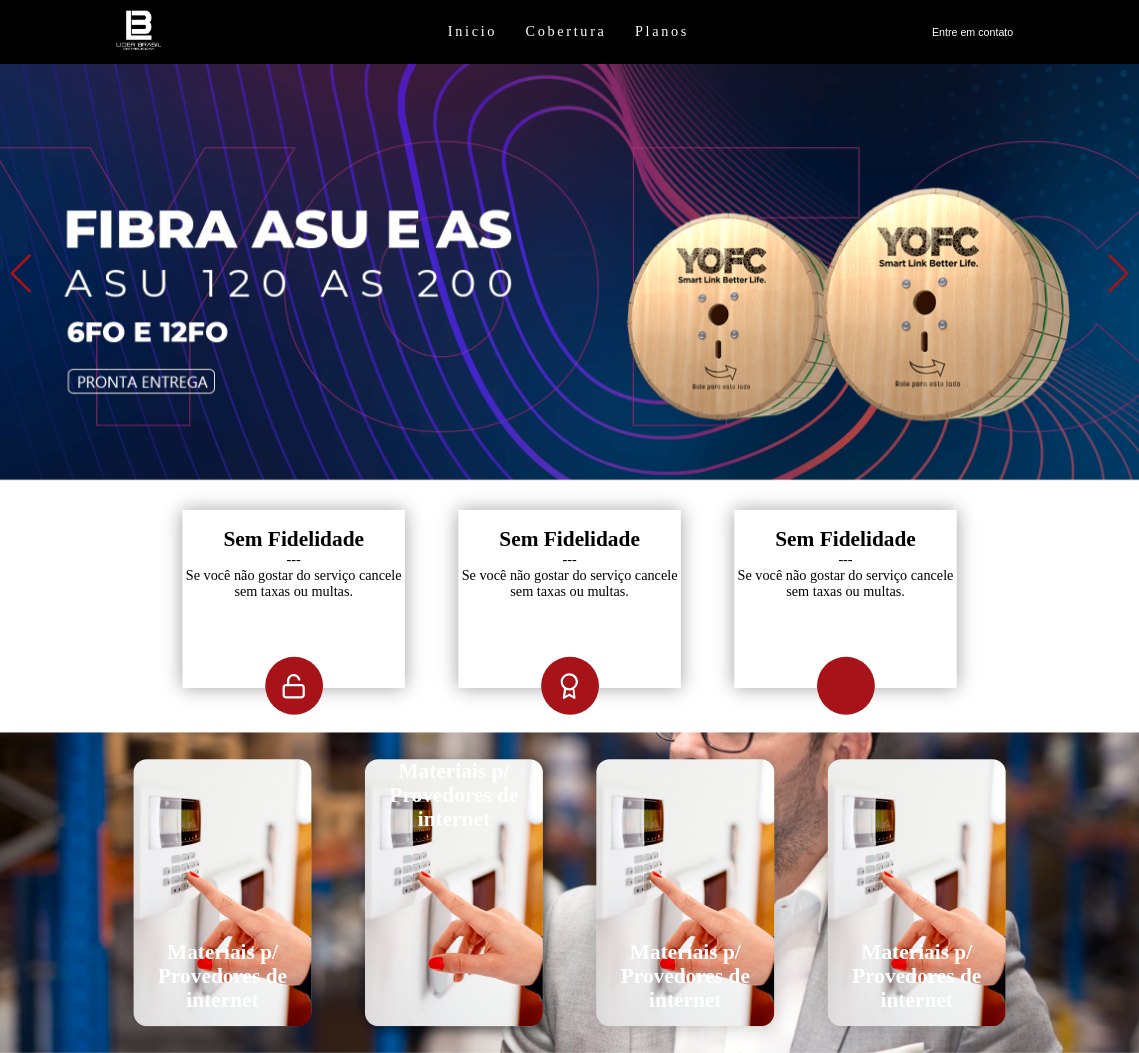
Repository: mateus-henrique-silva/Novo_institucional_lider
Page: index.html
These files come from the project's save history. The page is drawn as it stood at one moment and after the next save; the edit follows.
The browser window is 1280 px wide. The pictures show the whole page, at 89% of full size.
Backgrounds fixed to the window are drawn as part of the page. Some web fonts or font styles are not loaded; a fallback is used.

Above is the page before, as saved 2022-09-06 10:21:52.
Console error: SyntaxError: Identifier 'MobileNavbar' has already been declared

### index.html
<!DOCTYPE html>
<html lang="en">
  <head>
    <meta charset="UTF-8" />
    <meta http-equiv="X-UA-Compatible" content="IE=edge" />
    <meta name="viewport" content="width=device-width, initial-scale=1.0" />
    <meta
      name="viewport"
      content="width=device-width, user-scalable=yes, initial-scale=1.0, maximum-scale=10, minimum-scale=1.0"
    />
    <link rel="stylesheet" href="./src/CSS/Global.css" />
    <link rel="stylesheet" href="./src/CSS/Header/style.css" />
    <link rel="stylesheet" href="./src/CSS/Main/style.css" />
    <link rel="stylesheet" href="./src/CSS/Main/Carousel/styles.css" />
    <link rel="stylesheet" href="./src/CSS/Main/Box/style.css" />
    <link rel="stylesheet" href="./src/CSS/Main/Products/style.css" />
    <link
      rel="stylesheet"
      href="https://unpkg.com/swiper@8/swiper-bundle.min.css"
    />

    <title>Líder Brasil</title>
  </head>
  <body>
    <header>
      <nav>
        <a class="logo"
          ><img src="./src/Assets/Logo/lb.png" width="50" alt=""
        /></a>
        <div class="mobile-menu">
          <div class="line1"></div>
          <div class="line2"></div>
          <div class="line3"></div>
        </div>
        <ul class="nav-list">
          <li><a href="#network index.html">Inicio</a></li>
          <li><a href="#map-container">Cobertura</a></li>
          <li><a href="#container">Planos</a></li>
        </ul>
        <ul>
          <li style="list-style: none; font-size: 10px">
            <a
              href="#"
              style="
                font-size: 12px;
                padding: 10px;
                font-family: arial;
                color: white;
              "
              onclick="openForm()"
              class="contact-header"
              >Entre em contato</a
            >
          </li>
        </ul>
      </nav>
    </header>
    <main>
      <section>
        <div class="swiper">
          <div class="swiper-wrapper">
            <div class="swiper-slide">
              <div class="project-img">
                <img
                  src="./src/Assets/img/carrossel/desktop/drop-desktop.png"
                  alt="Foto 01"
                />
              </div>
              <div class="project-img" id="mobile-img">
                <img
                  src="./src/Assets/img/carrossel/mobile/drop-mobile.png"
                  alt="Foto 03"
                />
              </div>
            </div>
            <div class="swiper-slide">
              <div class="project-img">
                <img
                  src="./src/Assets/img/carrossel/desktop/escada-desktop.png"
                  alt="Foto 01"
                />
              </div>
              <div class="project-img" id="mobile-img">
                <img
                  src="./src/Assets/img/carrossel/mobile/escada-mobile.png"
                  alt="Foto 03"
                />
              </div>
            </div>
            <div class="swiper-slide">
              <div class="project-img">
                <img src="./src/Assets/img/teste6.png" alt="Foto 01" />
              </div>
              <div class="project-img" id="mobile-img">
                <img src="./src/Assets/img/foto_03.png" alt="Foto 03" />
              </div>
            </div>
          </div>
          <div class="swiper-button-next"></div>
          <div class="swiper-button-prev"></div>
          <div class="swiper-pagination"></div>
        </div>
      </section>
      <section>
        <div class="section-box">
          <!-- card 1 -->

          <ul>
            <li class="box">
              <div class="box-inter">
                <h1>Sem Fidelidade</h1>
                <p>---</p>

                <p>
                  Se você não gostar do serviço cancele sem taxas ou multas.
                </p>
              </div>

              <div class="obj">
                <img
                  src="./src/Assets/img/icons/unlock.svg"
                  alt="arrowup"
                  srcset=""
                />
              </div>
            </li>
            <!-- card 2 -->
            <li class="box">
              <div class="box-inter">
                <h1>Sem Fidelidade</h1>
                <p>---</p>

                <p>
                  Se você não gostar do serviço cancele sem taxas ou multas.
                </p>
              </div>

              <div class="obj">
                <img
                  src="./src/Assets/img/icons/award.svg"
                  alt="arrowup"
                  srcset=""
                />
              </div>
            </li>
            <!-- card 3 -->
            <li class="box">
              <div class="box-inter">
                <h1>Sem Fidelidade</h1>
                <p>---</p>

                <p>
                  Se você não gostar do serviço cancele sem taxas ou multas.
                </p>
              </div>

              <div class="obj">
                <img
                  src="./src/Assets/img/icons/chevrons-up.svg"
                  alt="arrowup"
                  srcset=""
                />
              </div>
            </li>
          </ul>
        </div>
      </section>

      <section>
        <div class="background">
          <img
            class="img"
            src="./src/Assets/img/icons/aBlack.svg"
            alt=""
            srcset=""
          />

          <ul>
            <li>
              <div class="products">
                <button>text</button>
                <div>
                  <h2>Materiais p/ Provedores de internet</h2>
                </div>

              </div>
            </li>

            <li>

              <div class="products">
                <div class="back-radient">
                <button>text</button>
                <div>
                  <h2>Materiais p/ Provedores de internet</h2>
                </div>

              </div>
            </div>
            </li>

            <li>
              <div class="products">
                <button>text</button>
                <div>
                  <h2>Materiais p/ Provedores de internet</h2>
                </div>

              </div>
            </li>
            <li>
              <div class="products">
                <button>text</button>
                <div>
                  <h2>Materiais p/ Provedores de internet</h2>
                </div>

              </div>
            </li>
          </ul>
        </div>
      </section>
    </main>
    <footer></footer>
    <script src="https://unpkg.com/swiper@8/swiper-bundle.min.js"></script>
    <script src="./src/Scripts/Carousel/scripts.js"></script>
    <script src="./src/Scripts/Mobile/scripts.js"></script>
    <script src="./src/Scripts/Global.js"></script>
  </body>
</html>

### src/CSS/Global.css
@import url("https://fonts.googleapis.com/css2?family=Montserrat:ital,wght@0,100;0,200;0,300;0,400;0,500;0,600;0,700;0,800;0,900;1,100;1,200;1,300;1,400;1,500;1,600;1,700;1,800;1,900&family=Source+Serif+Pro:ital,wght@0,200;0,300;0,400;0,600;0,700;0,900;1,200;1,300;1,400;1,600;1,700;1,900&display=swap");

* {
  font-family: 'Source Serif Pro', serif;
  margin: 0;
  padding: 0;
  border: 0;

}


body{

}

### src/CSS/Header/style.css
header {
  width: 100%;
  background-color: black;
  margin-top: 0;
}
a {
  color: black;
  text-decoration: none;
  transition: 0.3s;
}

a:hover {
  opacity: 0.7;
}

.logo {
  align-items: center;
  width: 6%;

  text-transform: uppercase;
  letter-spacing: 4px;
}

.logo h1 {
  font-size: 12px;
}

nav {
  display: flex;
  z-index: 1;

  width: 100%;
  margin-top: 0;

  justify-content: space-around;
  align-items: center;
  background-color: black;
  height: 10vh;
}

.nav-list {
  text-align: center;
  justify-content: center;
  list-style: none;
  display: flex;
  z-index: 1;
}

.nav-list li {
  letter-spacing: 3px;
  margin-left: 32px;
}
.nav-list li a {
  color: white;
}
.nav-list li a:hover {
  color: #ff073b;
}

.mobile-menu {
  display: none;
  margin-left: 80px;
  cursor: pointer;
}

.mobile-menu div {
  transition: 0.3s;

  width: 32px;
  height: 2px;
  background: white;
  margin: 8px;
}

@media (max-width: 950px) {
  body {
    overflow-x: hidden;
  }

  .nav-list {
    position: absolute;
    top: 7vh;
    right: 0;
    width: 100vw;
    height: 100vh;
    background-color: white;
    flex-direction: column;
    color: white;
    /* align-items: center; */
    display: none;
    justify-content:flex-start;
    transition: 0.4s ease-in;
    /* justify-content: space-around; */
    transform: translateX(100%);
  }

  .nav-list li {
    margin-top:100px;
    margin-left: 0;
    opacity: 0;
  }

  .mobile-menu {
    display: block;
  }
  .contact-header {
    display: none;
  }

  .logo {
    margin-left:10px;
    width: 60%;
  }
}

.nav-list.active {
  transition: 0.3s;
  overflow-y: hidden;
  position: fixed;
  z-index: 10000;
  background-color: black;
  transform: translateX(0);
  display: flex;
}

.nav-list.active li {
  color: white!important;
  font-weight:bold;
}

.nav-list.active li {
  color: white;
}

@keyframes navLinkFade {
  from {
    opacity: 0;
    transform: translateX(50px);
  }

  to {
    opacity: 1;
    transform: translateX(0);
  }
}

.mobile-menu.active .line1 {
  transform: rotate(-45deg) translate(-8px, 8px);
}

.mobile-menu.active .line2 {
  opacity: 0;
}

.mobile-menu.active .line3 {
  transform: rotate(45deg) translate(-5px, -7px);
}

### src/CSS/Main/style.css
main{
    width: 100%;
    height: 100%;

    max-width: 100vw;
}


section{

    width: 100%;
    max-width: 100vw;
    height: 100%;
}


ul li {
    list-style: none;
}

### src/CSS/Main/Carousel/styles.css
.swiper {
    height: 100%!important;

  }

  .swiper-slide {
    text-align: center;
    display: flex;
    height: 100%!important;
    align-items: center;
    justify-content: center;
  }

  @media (max-width: 450px) {
    .swiper {
      height: 270px;
    }

    .project-img img{
      width: 100%;
      height: 100%!important;
    }
  }

  .project-img img{
    width: 100%;
    /* height: 80vh; */
  }



  .swiper-pagination-bullet{
    color: white !important;
    /* margin-top:-10px!important; */
    background-color:white !important;
  }

  /*
    largura => 3840
    Altura => 420

  */


  .swiper-button-next:after, .swiper-button-prev:after{
    color:#a71319 !important;
  }

  #mobile-img{
    display: none;
  }


  @media(max-width:999px){
    #mobile-img{
      display: block!important;
    }


    .project-img{
      display:none;
    }
  }


.menu{
  display:flex;
  flex-direction:column;
}

### src/CSS/Main/Box/style.css
.section-box {
  width: 100%;

  justify-content: center;
  align-items: center;
  display: flex;
}

.box {
  display: flex;
  flex-direction: column;
  /* justify-content: center; */

  justify-content: flex-end;
  align-items: center;
  height: 100%;
  margin: 30px;
  margin-bottom: 20px;
  /* width: 100%; */
  /* background-color: red; */
}

@media (max-width: 770px) {
  .section-box {
    width: 100%;
    justify-content: space-around;
    flex-direction: column;
    display: flex;
  }

  .box-inter {
    background-color: white;
    height: 100px;
    width: 200px;
    /* width: 100%; */
  }
}

@media (max-width: 480px) {
  .box-inter {
    height: 170px !important;
    width: 170px !important;
    /* width: 100%; */
  }

  .obj {
    height: 45px !important;

    margin-top: -35px;
    width: 45px !important;
  }

  .obj img {
    width: 20px !important;
  }
}

.box-inter {
  background-color: white;
  height: 200px;
  width: 250px;
  -webkit-box-shadow: 0px 0px 20px 0px rgba(0, 0, 0, 0.37);
  box-shadow: 0px 0px 20px 0px rgba(0, 0, 0, 0.37);
  display: flex;

  flex-direction: column;
  align-items: center;
  text-align: center;

  /* width: 100%; */
}

.box-inter h1 {
  margin-top: 20px;
  font-size: clamp(1em, 1em + 1vw, 1.5em);
}

.box p {
  font-size: clamp(1em, 1em + 0.5vw, 0.5em);
}
.obj {
  background-color: #a71319;
  height: 65px;

  border-radius: 50%;
  display: flex;
  align-items: center;
  justify-content: center;
  margin-top: -35px;
  width: 65px;
}

.obj img {
  width: 30px;
}

.section-box ul {
  display: flex;
  overflow-x: auto;
  width: 100%;
  justify-content: center;
  scroll-behavior: smooth;
}

.section-box .img-arrow {
  display: none;
}

@media (max-width: 600px) {
  .section-box .img-arrow {
    display: flex;
    justify-content: flex-end;

    animation: mymove 0.8s infinite;
  }
  .section-box ul {
    display: flex;
    overflow-x: auto;
    width: 100%;
    justify-content: flex-start;
    scroll-behavior: smooth;
  }
  @keyframes mymove {
    from {
      left: 280px;
    }
    to {
      left: 300px;
    }
  }
}

### src/CSS/Main/Products/style.css
.background {
  width: 100%;
  background: url("../../../Assets/img/Background/medio.jpg") no-repeat center
    fixed;
  height: 100%;
  display: flex;
  justify-content: space-around;
  justify-content: center;
  align-items: center;
}
.background ul {
  display: flex;
  overflow-x: auto;
  overflow-y: hidden;
  scroll-behavior: smooth;
  /* width: 100px; */
}
.background img {
  display: none;
}

.background ul li .products .img {
  display: flex;
}

.products {
  margin: 30px;
  background: url("../../../Assets/img/Background/products/alarme.png")
    no-repeat center;
    border-radius:15px;

  background-size: 100%;
  justify-content: flex-end;
  height: 300px;
  width: 200px;
  -webkit-box-shadow: 0px 0px 20px 0px rgba(0, 0, 0, 0.2) !important;
  box-shadow: 0px 0px 20px 0px rgba(0, 0, 0, 0.2) !important;
  background-color: white;
  display: flex;
  text-align: center;
  flex-direction: column;
  align-items: center;
  box-sizing: border-box;
  transition: 0.5s;
}

.products div h2 {
  margin-bottom: 15px;
   color:white;
  transition:2s;
}
.products:hover {
  justify-content: center;
  transition:2s;
}
.products:hover div h2 {

  display: none;
}
@media (max-width: 600px) {
  .background .img {
    position: absolute;
    margin-top: 170px;
    display: flex;
    justify-content: flex-end;
    animation: mymove 0.8s infinite;
  }

  @keyframes mymove {
    from {
      left: 280px;
    }
    to {
      left: 300px;
    }
  }
}

.products button {
  background-color: black;
  display: none;
  color: white;
  cursor: pointer;
  transition: 0.7s;
  padding: 8px 25px 8px;
}

.products:hover button {
  background-color: black;
  display: flex;

  color: white;
  cursor: pointer;
  padding: 8px 25px 8px;
}
.back-radient{
  width: 100%;
height: 100%;

displ

background: linear-gradient(180deg, rgba(0, 0, 0, 0.0962963) 50%, #000000 100%);
box-shadow: 5px 6px 11px rgba(0, 0, 0, 0.45);
border-radius: 15px;
}

### src/Scripts/Mobile/scripts.js
class MobileNavbar{


    constructor(mobileMenu, navList, navLinks){
        this.mobileMenu = document.querySelector(mobileMenu);
        this.navList = document.querySelector(navList);
        this.navLinks = document.querySelectorAll(navLinks);
        this.activeClass = "active";
        this.hadleClick =  this.hadleClick.bind(this);


    }

    animateLinks(){
        this.navLinks.forEach((link, index)=>{

            var calc = index/7+0.3;


            link.style.animation
            ?(link.style.animation="")
            :(link.style.animation= `navLinkFade 0.5s ease forwards ${calc}s`);


        });


    }


    hadleClick(){


        this.navList.classList.toggle(this.activeClass);
        this.mobileMenu.classList.toggle(this.activeClass);
        this.animateLinks();
    }

    addClickEvent(){
        this.mobileMenu.addEventListener("click", this.hadleClick);


    }

    init(){

        if(this.mobileMenu){

            this.addClickEvent();
        }
        return this;
    }
    }



    const mobileNavbar = new MobileNavbar(

        ".mobile-menu",

        ".nav-list",

        ".nav-list li",


        );


    mobileNavbar.init();

### src/Scripts/Global.js
document.onmousedown=disableclick;
function disableclick(event)
{
  if(event.button==2)
   {
     return false;
   }
}

### src/Assets/img/icons/award.svg
<?xml version="1.0" encoding="utf-8"?>
<!-- Generator: Adobe Illustrator 24.0.1, SVG Export Plug-In . SVG Version: 6.00 Build 0)  -->
<svg version="1.1" id="Camada_1" xmlns="http://www.w3.org/2000/svg" xmlns:xlink="http://www.w3.org/1999/xlink" x="0px" y="0px"
	 viewBox="0 0 24 24" style="enable-background:new 0 0 24 24;" xml:space="preserve">
<style type="text/css">
	.st0{fill:#FFFFFF;}
</style>
<path class="st0" d="M19.5,8.1c0-4.3-3.5-7.7-7.7-7.7S4,3.9,4,8.1c0,2.5,1.2,4.7,3,6.1l-1.1,8.3c0,0.4,0.1,0.7,0.4,0.9
	c0.3,0.2,0.7,0.2,1,0l4.3-2.6l4.3,2.6c0.2,0.1,0.3,0.1,0.5,0.1c0.2,0,0.4-0.1,0.5-0.2c0.3-0.2,0.5-0.6,0.4-0.9l-1.1-8.3
	C18.3,12.8,19.5,10.6,19.5,8.1z M5.9,8.1c0-3.2,2.6-5.8,5.8-5.8s5.8,2.6,5.8,5.8s-2.6,5.8-5.8,5.8S5.9,11.3,5.9,8.1z M15.4,20.8
	l-3.1-1.9c-0.3-0.2-0.7-0.2-1,0l-3.1,1.9l0.7-5.5c0.9,0.4,1.9,0.6,2.9,0.6c1,0,2-0.2,2.9-0.6L15.4,20.8z"/>
</svg>

### src/Assets/img/icons/chevrons-up.svg
<svg xmlns="http://www.w3.org/2000/svg" width="24" height="24" viewBox="0 0 24 24" fill="none" stroke="" stroke-width="2" stroke-linecap="round" stroke-linejoin="round" class="feather feather-chevrons-up"><polyline points="17 11 12 6 7 11"></polyline><polyline points="17 18 12 13 7 18" color="white"></polyline></svg>

After the next save:
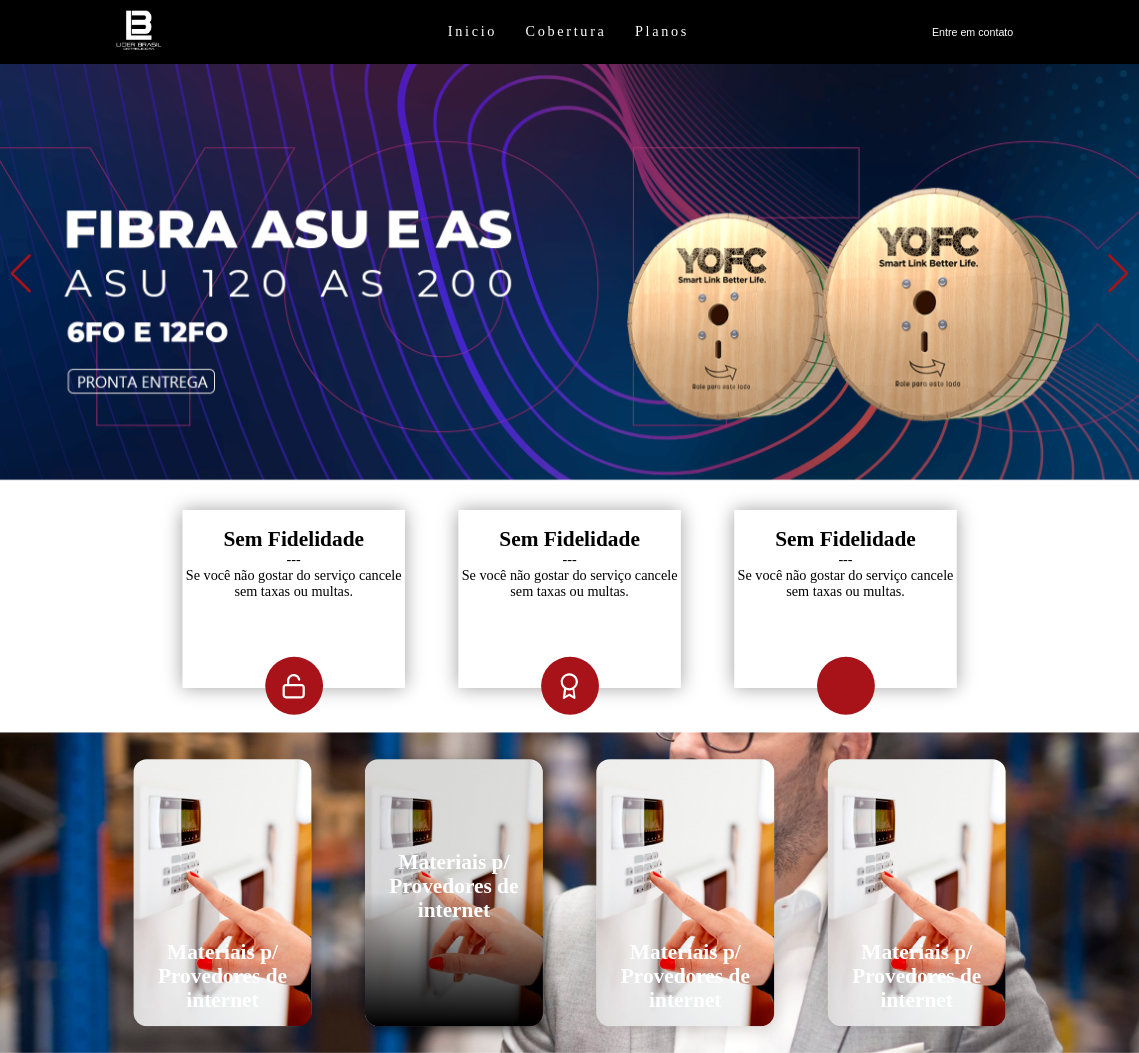
Saved 5 s later.
--- a/src/CSS/Main/Products/style.css
+++ b/src/CSS/Main/Products/style.css
@@ -97,7 +97,9 @@
   width: 100%;
 height: 100%;
 
-displ
+display: flex;
+align-items: center;
+justify-content: center;
 
 background: linear-gradient(180deg, rgba(0, 0, 0, 0.0962963) 50%, #000000 100%);
 box-shadow: 5px 6px 11px rgba(0, 0, 0, 0.45);
